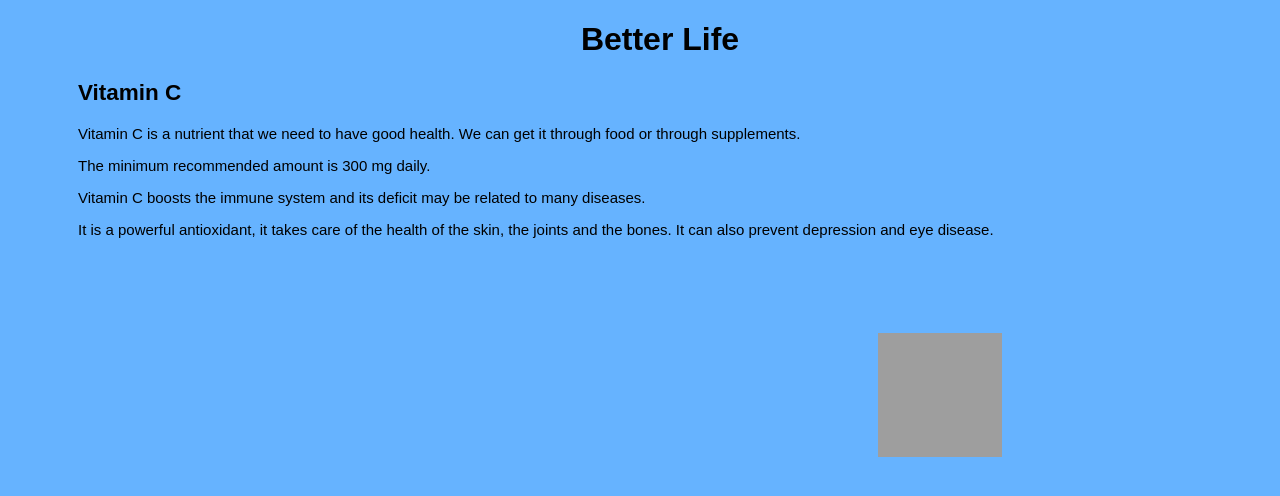
Repository: DSerenoG/Assessment2
Page: suplement_1.html
The author's editor kept a record of every edit. The page is drawn from the files as they stood at one moment, then again after the next edit.
The browser window is 1280 px wide. The pictures show the whole page.
Pictures or frames that could not be fetched are drawn as grey boxes.

Above is the page before.

After the next edit:
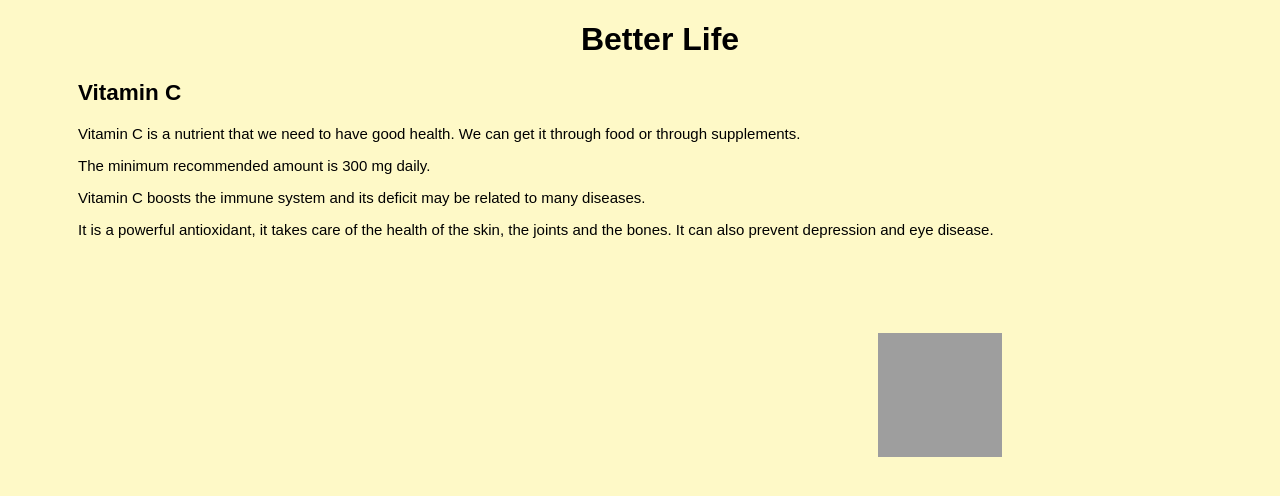
The edit:
--- a/suplement_1.html
+++ b/suplement_1.html
@@ -7,7 +7,7 @@
     <link rel="stylesheet" href="css/main.css" type="text/css" />
     <title>Document</title>
 </head>
-<body style="background-color:rgb(102, 179, 255)">
+<body>
      <div id = "head">
         <ul>
              <h1>Better Life</h1>
